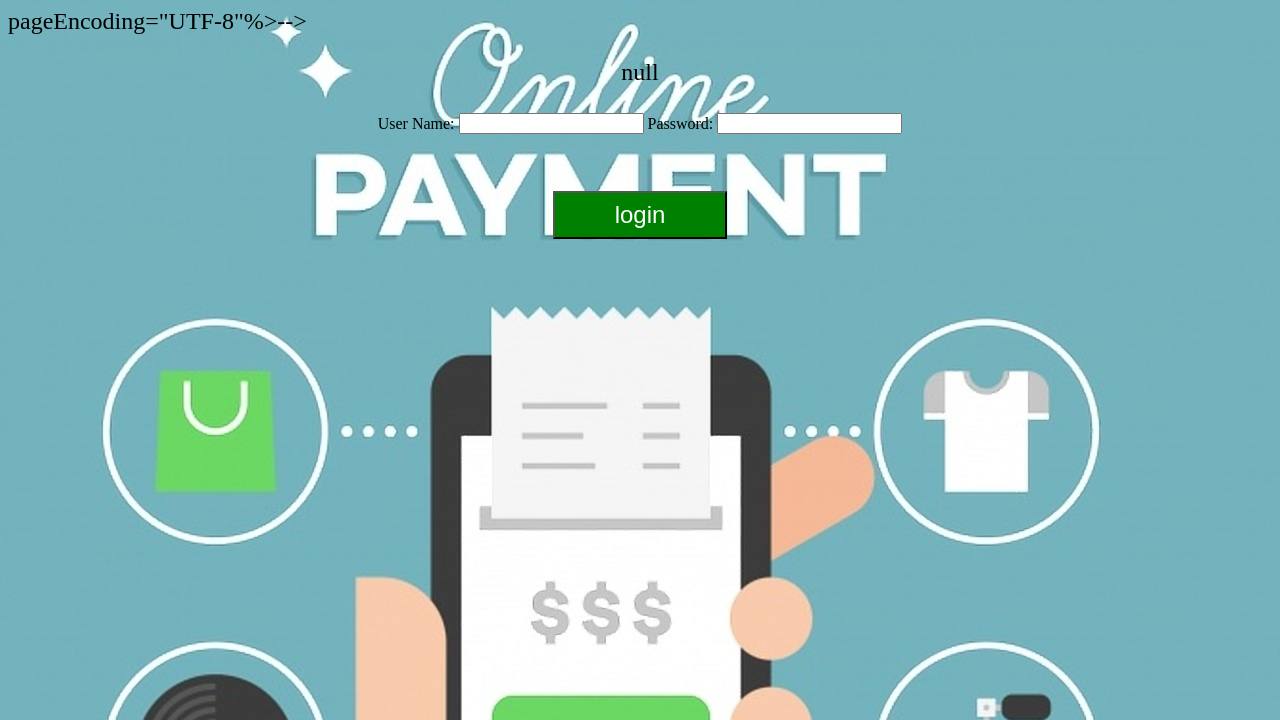
Repository: shaharyar-shamshi/crossplatform
Page: http://localhost/transaction/loginfailed.jsp
An editor plug-in stored every save of this project. The page is shown before and after the next save, followed by the edit.
The browser window is 1280 px wide. The pictures show the whole page.
The page is served by Tomcat 9.

Above is the page before, as saved 2018-02-03 12:11:05.

After the next save:
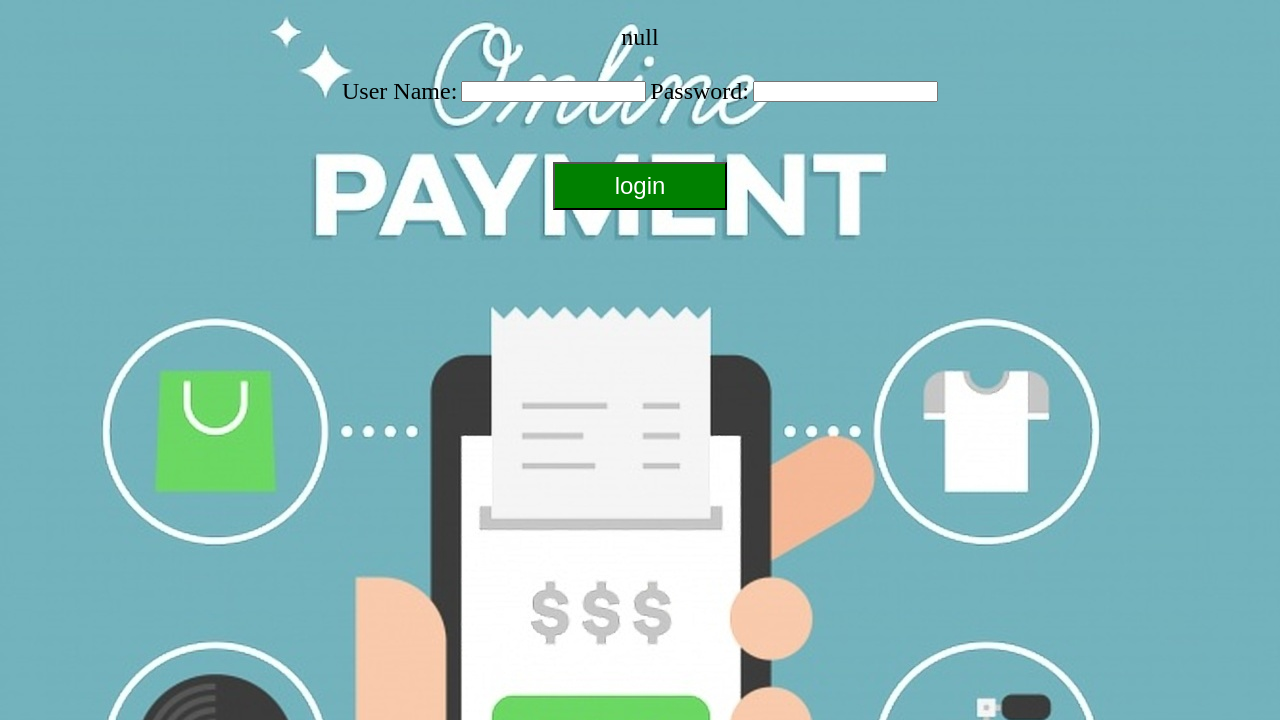
Saved 2 min 11 s later.
--- a/transaction/WebContent/loginfailed.jsp
+++ b/transaction/WebContent/loginfailed.jsp
@@ -1,4 +1,4 @@
-  pageEncoding="UTF-8"%>-->
+
     <!DOCTYPE html PUBLIC "-//W3C//DTD HTML 4.01 Transitional//EN" "http://www.w3.org/TR/html4/loose.dtd">
 <html>
 <head>
